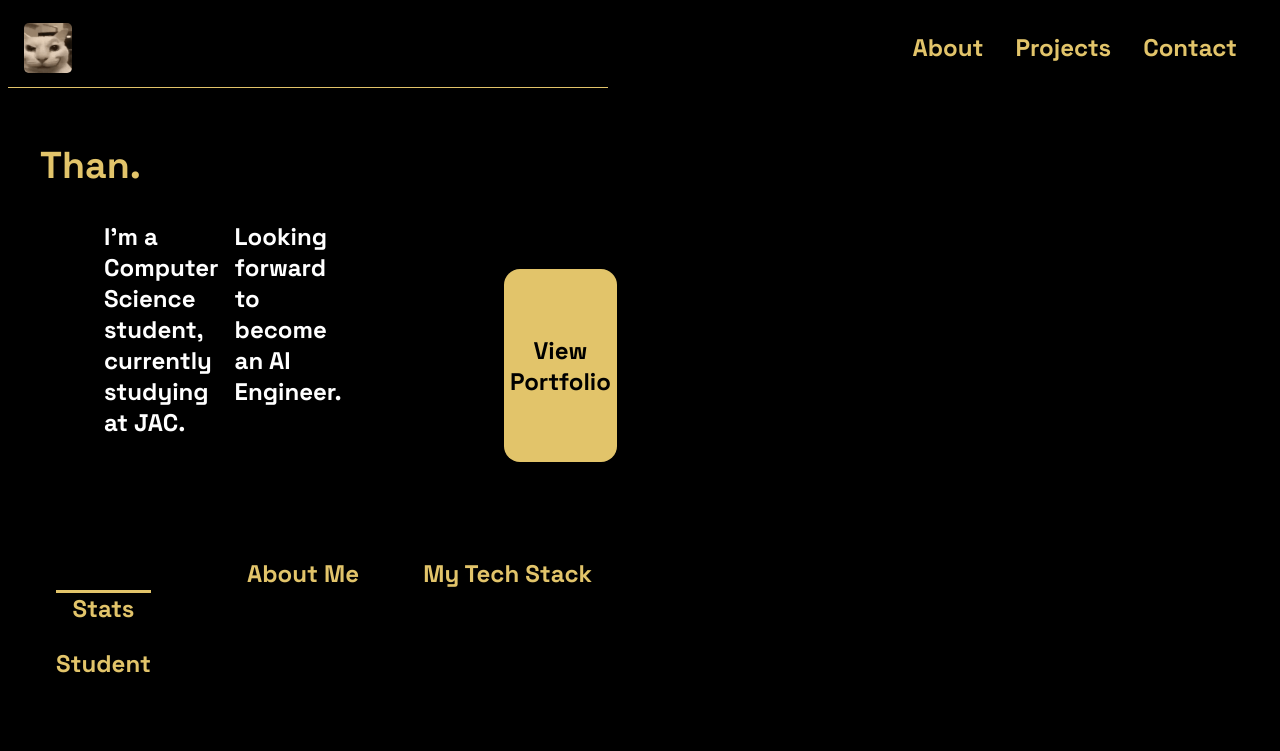
Repository: Than-dot/Than-dot
Page: index.html
An editor plug-in stored every save of this project. The page is shown before and after a run of saves, followed by the edit.
The browser window is 1280 px wide. The pictures show the whole page.

Above is the page before, as saved 2026-05-06 13:02:36.

After the next 3 saves:
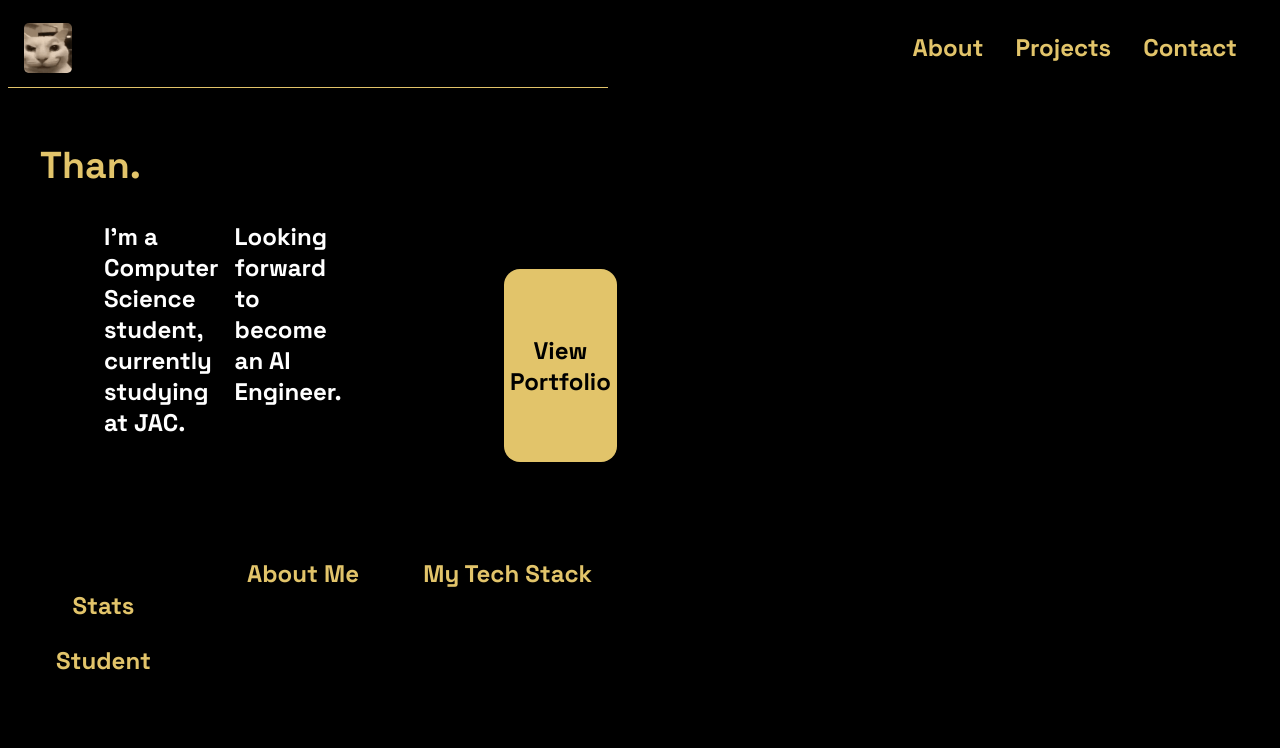
The 3 saves are shown as one change because they came seconds apart.
The last was saved 7 s later.
--- a/styles/index.css
+++ b/styles/index.css
@@ -30,7 +30,7 @@
 .stats {
   text-align: center;
   margin: 2rem;
-  border-top: solid #e2c46a;
+  border-top: 1% solid #e2c46a;
 }
 
 .s-art {

After the 3 saves that followed:
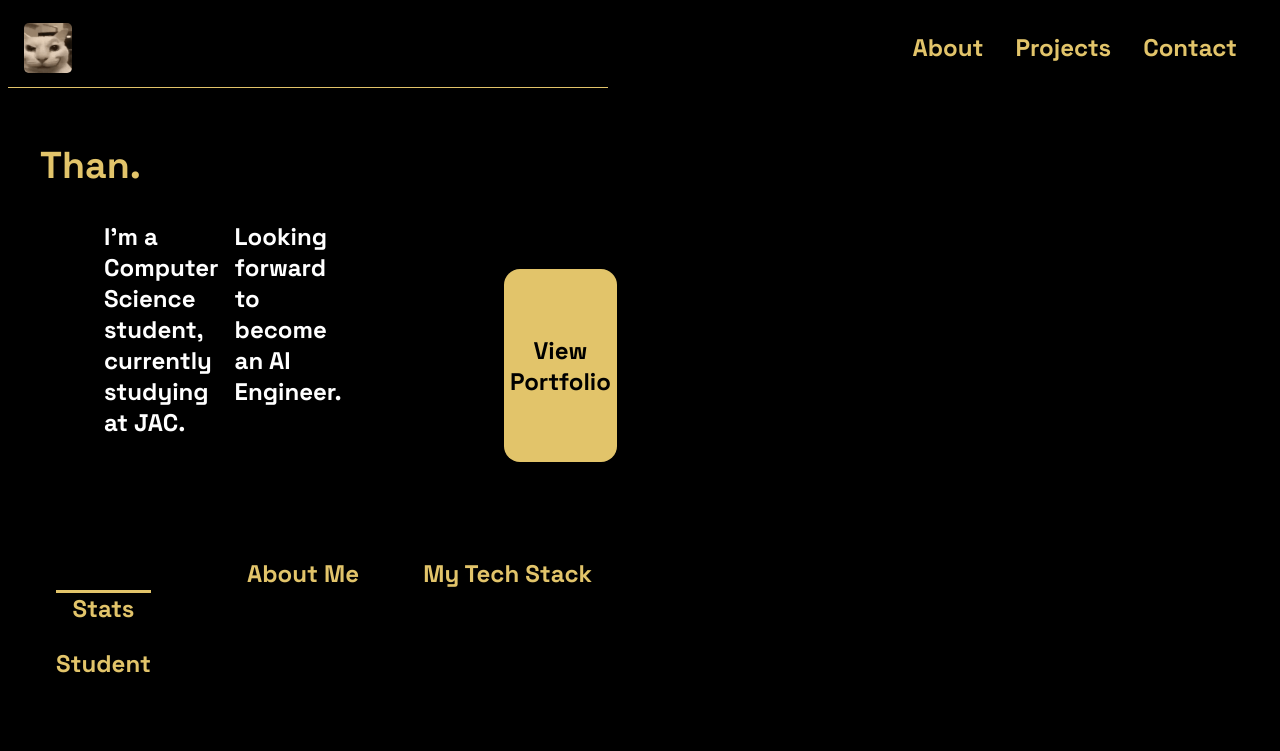
The 3 saves are shown as one change because 2 left the picture as it was.
The last was saved 14 s later.
--- a/styles/index.css
+++ b/styles/index.css
@@ -30,7 +30,7 @@
 .stats {
   text-align: center;
   margin: 2rem;
-  border-top: 1% solid #e2c46a;
+  border-top:  solid #e2c46a;
 }
 
 .s-art {
